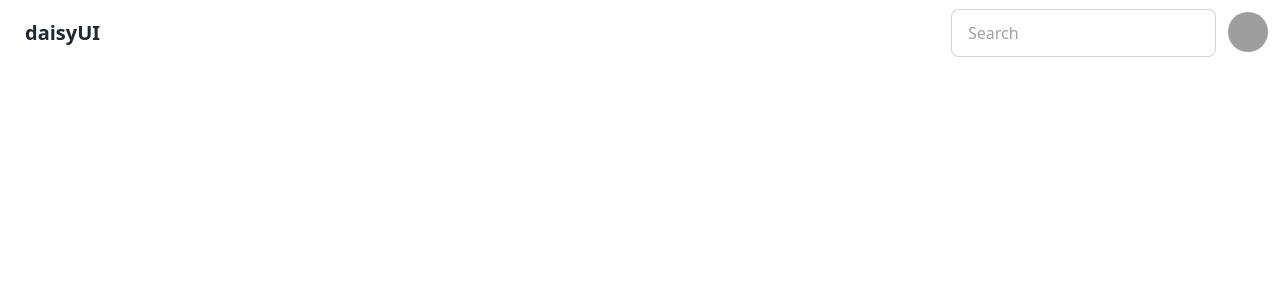
Repository: mohamedk98/Sparrow
Page: / (app in client/)
An editor plug-in stored every save of this project. The page is shown before and after the next save, followed by the edit.
The browser window is 1280 px wide. The pictures show the whole page.
Pictures or frames that could not be fetched are drawn as grey boxes. The project was rebuilt for these pictures with package versions that can differ from the ones it lists, and the page was loaded fresh each time. Also part of the build but not shown: client/src/App.css, client/src/pages/Login.js.

Above is the page before, as saved 2022-06-27 13:54:05.

### client/src/index.js
import React from "react";
import ReactDOM from "react-dom/client";
import "./index.css";
import App from "./App";
import { Provider } from "react-redux";
import { store } from "./store/store";
const root = ReactDOM.createRoot(document.getElementById("root"));
root.render(
  <Provider store={store}>
    <App />
  </Provider>
);

### client/src/App.js
import React from "react";
import "./App.css";
import { BrowserRouter, Routes, Route } from "react-router-dom";
import Home from "./pages/Home";
import Login from "./pages/Login";

function App() {
  return (
    <BrowserRouter>
      <Routes>
        <Route path="/" element={<Home />} />
        <Route path="/login" element={<Login />} />
      </Routes>
    </BrowserRouter>
  );
}

export default App;

### client/src/store/store.js
import { configureStore } from '@reduxjs/toolkit'
import userReducer from "./slicers/user"
export const store = configureStore({
  reducer: {user:userReducer},
})

### client/src/pages/Home.js
import React, { useState } from "react";
import axios from "axios";
import { useNavigate } from "react-router-dom";
import Header from "../components/Header";
function Home(props) {
  const [requestData, setRequestData] = useState("No Data....");
  // const navigate = useNavigate()
  const getData = () => {
    axios.get("http://localhost:4000").then((response) => {
      setRequestData(response.data);

    });
  };
  return (
<>
<Header/>
</>
  );
}

export default Home;

### client/src/store/slicers/user.js
import { createSlice } from "@reduxjs/toolkit";

const initialState = {
  auth: {},
};

export const userSlice = createSlice({
  name: "user",
  initialState,
  reducers: {
    addAuth: (state, action) => {
      state.auth = { ...action.payload };
      localStorage.setItem("userId", state.auth.userId);
      localStorage.setItem("username", state.auth.username);
      localStorage.setItem("email", state.auth.email);
    },
    removeAuth: (state) => {
      state.auth = {};
      localStorage.clear();
    },
    autoLogin: (state, payload) => {
      let existingUserId = localStorage.getItem("userId");
      let existingUsername = localStorage.getItem("username");
      let existingEmail = localStorage.getItem("email");
      if (existingEmail && existingUserId && existingUsername) {
        console.log("user already logged in");
      }
    },
  },
});

// Action creators are generated for each case reducer function
export const { addAuth } = userSlice.actions;

export default userSlice.reducer;

### client/src/components/Header.js
import React from "react";

function Header() {
  return (
    <div className="navbar bg-base-100">
      <div className="flex-1">
        <a className="btn btn-ghost normal-case text-xl">daisyUI</a>
      </div>
      <div className="flex-none gap-2">
        <div className="form-control">
          <input
            type="text"
            placeholder="Search"
            className="input input-bordered"
          />
        </div>
        <div className="dropdown dropdown-end">
          <label tabIndex="0" className="btn btn-ghost btn-circle avatar">
            <div className="w-10 rounded-full">
              <img src="https://api.lorem.space/image/face?hash=33791" />
            </div>
          </label>
          <ul
            tabIndex="0"
            className="mt-3 p-2 shadow menu menu-compact dropdown-content bg-base-100 rounded-box w-52"
          >
            <li>
              <a className="justify-between">
                Profile
                <span className="badge">New</span>
              </a>
            </li>
            <li>
              <a>Settings</a>
            </li>
            <li>
              <a>Logout</a>
            </li>
          </ul>
        </div>
      </div>
    </div>
  );
}

export default Header;

Loaded but not shown: client/public/index.html (common file); client/src/index.css (common file); client/tailwind.config.js (common file)

After the next save:
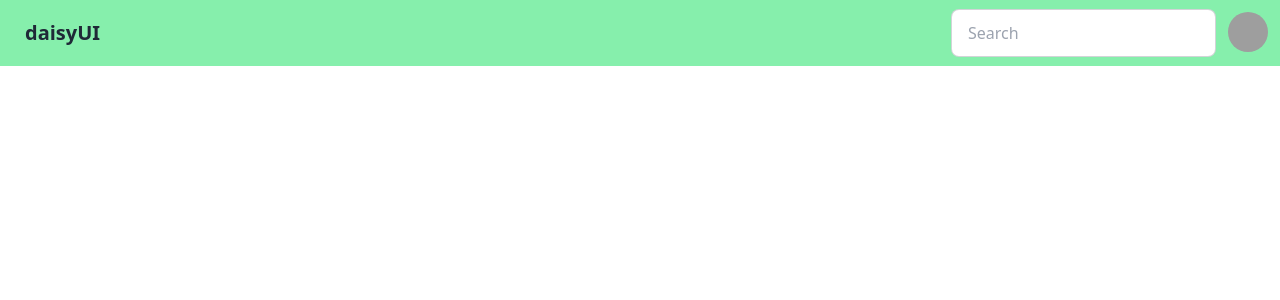
Saved 12 s later.
--- a/client/src/components/Header.js
+++ b/client/src/components/Header.js
@@ -2,7 +2,7 @@ import React from "react";
 
 function Header() {
   return (
-    <div className="navbar bg-base-100">
+    <div className="navbar bg-green-300">
       <div className="flex-1">
         <a className="btn btn-ghost normal-case text-xl">daisyUI</a>
       </div>
